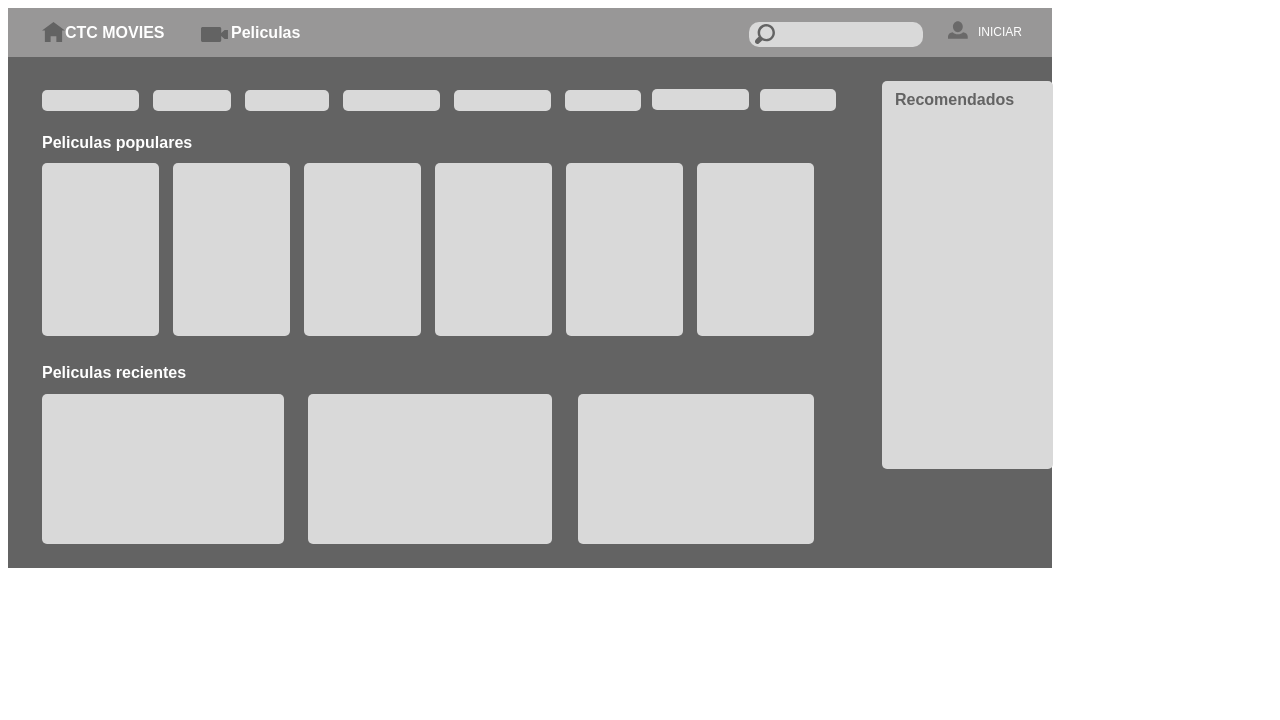
Repository: eschala/Innovadores-Adl_Sep2023
Page: Content/Index_.html
The author's editor kept a copy of each file at every save. The page is drawn from the files as they stood at one save, then again after a run of saves.
The browser window is 1280 px wide. The pictures show the whole page.

Above is the page before, as saved 2023-12-02 00:00:47.
Console error: SyntaxError: Unexpected token ')'

### Content/Index_.html
<!DOCTYPE html>
<html lang="en">
<head>
    <meta charset="UTF-8">
    <meta name="viewport" content="width=device-width, initial-scale=1.0">
    <title>Document</title>
    <link rel="stylesheet" href="style.css">
</head>
<body>

    <div class="component-1">
        <div class="rectangle-1"></div>
        <div class="mask-group">
          <div class="rectangle-2"></div>
        </div>
        <div class="rectangle-4"></div>
        <svg
          class="icon-magnifying-glass"
          width="20"
          height="20"
          viewBox="0 0 20 20"
          fill="none"
          xmlns="http://www.w3.org/2000/svg"
        >
          <path
            d="M11.3285 0.0247757C16.1102 0.0247757 20 3.91456 20 8.69627C20 13.478 16.1102 17.3678 11.3285 17.3678C9.86674 17.3678 8.42975 17.0209 7.21574 16.352C7.11849 16.469 7.01068 16.5768 6.89365 16.674L4.41608 19.1516C4.18731 19.409 3.90834 19.617 3.59629 19.7627C3.28425 19.9084 2.94572 19.9888 2.60148 19.9989C2.25724 20.009 1.91457 19.9487 1.59449 19.8216C1.27441 19.6945 0.983692 19.5033 0.740175 19.2598C0.496656 19.0163 0.305481 18.7256 0.178387 18.4055C0.0512905 18.0854 -0.00904083 17.7428 0.00109291 17.3985C0.0112267 17.0543 0.0916119 16.7157 0.237314 16.4037C0.383018 16.0917 0.590963 15.8127 0.848383 15.5839L3.32595 13.1063C3.44664 12.9856 3.57948 12.8777 3.72236 12.7843C3.05342 11.5703 2.63223 10.158 2.63223 8.67149C2.63223 3.88978 6.52202 0 11.3037 0L11.3285 0.0247757ZM11.3285 2.50235C7.88468 2.50235 5.13458 5.25245 5.13458 8.69627C5.13458 10.3315 5.7292 11.8428 6.76978 12.9577C6.79455 12.9825 6.81933 13.0072 6.8441 13.032C6.96113 13.1293 7.06894 13.2371 7.16619 13.3541C8.25632 14.3451 9.74286 14.915 11.3533 14.915C14.7971 14.915 17.5472 12.1649 17.5472 8.72104C17.5472 5.27722 14.7971 2.52712 11.3533 2.52712L11.3285 2.50235Z"
            fill="#636363"
          />
        </svg>

        <div class="iniciar">INICIAR</div>
        <svg
          class="icon-person"
          width="21"
          height="18"
          viewBox="0 0 21 18"
          fill="none"
          xmlns="http://www.w3.org/2000/svg"
        >
          <path
            opacity="0.3"
            d="M10.1679 0C7.3717 0 5.08393 2.52 5.08393 5.625C5.08393 8.73 7.3717 11.25 10.1679 11.25C12.964 11.25 15.2518 8.73 15.2518 5.625C15.2518 2.52 12.964 0 10.1679 0ZM4.85515 11.25C2.16067 11.3625 0 13.32 0 15.75V18H20.3357V15.75C20.3357 13.32 18.2005 11.3625 15.4806 11.25C14.1079 12.6225 12.2269 13.5 10.1679 13.5C8.10887 13.5 6.22782 12.6225 4.85515 11.25Z"
            fill="black"
          />
        </svg>

        <div class="ctc-movies">CTC MOVIES</div>
        <div class="peliculas">Peliculas</div>
        <svg
          class="icon-home"
          width="23"
          height="20"
          viewBox="0 0 23 20"
          fill="none"
          xmlns="http://www.w3.org/2000/svg"
        >
          <path
            d="M11.5 0L0 8.57143H2.875V20H8.625V14.2857H14.375V20H20.125V8.48571L23 8.57143L11.5 0Z"
            fill="#636363"
          />
        </svg>

        <svg
          class="icon-video"
          width="27"
          height="15"
          viewBox="0 0 27 15"
          fill="none"
          xmlns="http://www.w3.org/2000/svg"
        >
          <path
            d="M1.6875 0C0.7425 0 0 0.69 0 1.5V13.5C0 14.34 0.77625 15 1.6875 15H18.5625C19.5075 15 20.25 14.34 20.25 13.5V9L23.625 12H27V3H23.625L20.25 6V1.5C20.25 0.66 19.5075 0 18.5625 0H1.6875Z"
            fill="#636363"
          />
        </svg>

        <div class="rectangle-5"></div>
        <div class="rectangle-16"></div>
        <div class="rectangle-17"></div>
        <div class="rectangle-18"></div>
        <div class="rectangle-19"></div>
        <div class="rectangle-20"></div>
        <div class="rectangle-21"></div>
        <div class="rectangle-22"></div>
        <div class="rectangle-23"></div>
        <div class="rectangle-13"></div>
        <div class="rectangle-14"></div>
        <div class="rectangle-15"></div>
        <div class="rectangle-8"></div>
        <div class="rectangle-10"></div>
        <div class="rectangle-11"></div>
        <div class="rectangle-12"></div>
        <div class="rectangle-9"></div>
        <div class="rectangle-7"></div>
        <div class="peliculas-populares">Peliculas populares</div>
        <div class="peliculas-recientes">Peliculas recientes</div>
        <div class="recomendados">Recomendados</div>
      </div>


    <script src="script_p.js"></script>
</body>
</html>

### Content/style.css
.component-1,
.component-1 * {
  box-sizing: border-box;
}
.component-1 {
  width: 1045px;
  height: 560px;
  position: relative;
}
.rectangle-1 {
  background: #636363;
  position: absolute;
  right: 0.1%;
  left: 0%;
  width: 99.9%;
  bottom: 0%;
  top: 4.29%;
  height: 95.71%;
}
.mask-group {
  position: absolute;
  inset: 0;
}
.rectangle-2 {
  background: #989797;
  position: absolute;
  right: 0.1%;
  left: 0%;
  width: 99.9%;
  bottom: 91.25%;
  top: 0%;
  height: 8.75%;
}
.rectangle-4 {
  background: #d9d9d9;
  border-radius: 10px;
  position: absolute;
  right: 12.44%;
  left: 70.91%;
  width: 16.65%;
  bottom: 93.04%;
  top: 2.5%;
  height: 4.46%;
}
.icon-magnifying-glass {
  height: auto;
  position: absolute;
  right: 24.69%;
  left: 73.4%;
  width: 1.91%;
  bottom: 93.57%;
  top: 2.86%;
  height: 3.57%;
  transform: translate(-20px, 0px);
  overflow: visible;
}
.iniciar {
  color: #ffffff;
  text-align: left;
  font: 400 12px "Inter-Regular", sans-serif;
  position: absolute;
  right: 2.3%;
  left: 92.82%;
  width: 4.88%;
  bottom: 94.46%;
  top: 3.04%;
  height: 2.5%;
}
.icon-person {
  height: auto;
  position: absolute;
  right: 8.1%;
  left: 89.95%;
  width: 1.95%;
  bottom: 94.46%;
  top: 2.32%;
  height: 3.21%;
  overflow: visible;
}
.ctc-movies {
  color: #ffffff;
  text-align: left;
  font: 700 16px "Inter-Bold", sans-serif;
  position: absolute;
  right: 83.83%;
  left: 5.45%;
  width: 10.72%;
  bottom: 92.68%;
  top: 2.86%;
  height: 4.46%;
}
.peliculas {
  color: #ffffff;
  text-align: left;
  font: 700 16px "Inter-Bold", sans-serif;
  position: absolute;
  right: 71.29%;
  left: 21.34%;
  width: 7.37%;
  bottom: 93.21%;
  top: 2.86%;
  height: 3.93%;
}
.icon-home {
  height: auto;
  position: absolute;
  right: 94.55%;
  left: 3.25%;
  width: 2.2%;
  bottom: 93.93%;
  top: 2.5%;
  height: 3.57%;
  overflow: visible;
}
.icon-video {
  height: auto;
  position: absolute;
  right: 78.95%;
  left: 18.47%;
  width: 2.58%;
  bottom: 93.93%;
  top: 3.39%;
  height: 2.68%;
  overflow: visible;
}
.rectangle-5 {
  background: #d9d9d9;
  border-radius: 5px;
  position: absolute;
  right: 85.55%;
  left: 3.25%;
  width: 11.2%;
  bottom: 41.43%;
  top: 27.68%;
  height: 30.89%;
}
.rectangle-16 {
  background: #d9d9d9;
  border-radius: 5px;
  position: absolute;
  right: 87.46%;
  left: 3.25%;
  width: 9.28%;
  bottom: 81.61%;
  top: 14.64%;
  height: 3.75%;
}
.rectangle-17 {
  background: #d9d9d9;
  border-radius: 5px;
  position: absolute;
  right: 78.66%;
  left: 13.88%;
  width: 7.46%;
  bottom: 81.61%;
  top: 14.64%;
  height: 3.75%;
}
.rectangle-18 {
  background: #d9d9d9;
  border-radius: 5px;
  position: absolute;
  right: 69.28%;
  left: 22.68%;
  width: 8.04%;
  bottom: 81.61%;
  top: 14.64%;
  height: 3.75%;
}
.rectangle-19 {
  background: #d9d9d9;
  border-radius: 5px;
  position: absolute;
  right: 58.66%;
  left: 32.06%;
  width: 9.28%;
  bottom: 81.61%;
  top: 14.64%;
  height: 3.75%;
}
.rectangle-20 {
  background: #d9d9d9;
  border-radius: 5px;
  position: absolute;
  right: 48.04%;
  left: 42.68%;
  width: 9.28%;
  bottom: 81.61%;
  top: 14.64%;
  height: 3.75%;
}
.rectangle-21 {
  background: #d9d9d9;
  border-radius: 5px;
  position: absolute;
  right: 39.43%;
  left: 53.3%;
  width: 7.27%;
  bottom: 81.61%;
  top: 14.64%;
  height: 3.75%;
}
.rectangle-22 {
  background: #d9d9d9;
  border-radius: 5px;
  position: absolute;
  right: 29.09%;
  left: 61.63%;
  width: 9.28%;
  bottom: 81.79%;
  top: 14.46%;
  height: 3.75%;
}
.rectangle-23 {
  background: #d9d9d9;
  border-radius: 5px;
  position: absolute;
  right: 20.77%;
  left: 71.96%;
  width: 7.27%;
  bottom: 81.61%;
  top: 14.46%;
  height: 3.93%;
}
.rectangle-13 {
  background: #d9d9d9;
  border-radius: 5px;
  position: absolute;
  right: 73.59%;
  left: 3.25%;
  width: 23.16%;
  bottom: 4.29%;
  top: 68.93%;
  height: 26.79%;
}
.rectangle-14 {
  background: #d9d9d9;
  border-radius: 5px;
  position: absolute;
  right: 47.94%;
  left: 28.71%;
  width: 23.35%;
  bottom: 4.29%;
  top: 68.93%;
  height: 26.79%;
}
.rectangle-15 {
  background: #d9d9d9;
  border-radius: 5px;
  position: absolute;
  right: 22.87%;
  left: 54.55%;
  width: 22.58%;
  bottom: 4.29%;
  top: 68.93%;
  height: 26.79%;
}
.rectangle-8 {
  background: #d9d9d9;
  border-radius: 5px;
  position: absolute;
  right: 60.48%;
  left: 28.33%;
  width: 11.2%;
  bottom: 41.43%;
  top: 27.68%;
  height: 30.89%;
}
.rectangle-10 {
  background: #d9d9d9;
  border-radius: 5px;
  position: absolute;
  right: 47.94%;
  left: 40.86%;
  width: 11.2%;
  bottom: 41.43%;
  top: 27.68%;
  height: 30.89%;
}
.rectangle-11 {
  background: #d9d9d9;
  border-radius: 5px;
  position: absolute;
  right: 35.41%;
  left: 53.4%;
  width: 11.2%;
  bottom: 41.43%;
  top: 27.68%;
  height: 30.89%;
}
.rectangle-12 {
  background: #d9d9d9;
  border-radius: 5px;
  position: absolute;
  right: 22.87%;
  left: 65.93%;
  width: 11.2%;
  bottom: 41.43%;
  top: 27.68%;
  height: 30.89%;
}
.rectangle-9 {
  background: #d9d9d9;
  border-radius: 5px;
  position: absolute;
  right: 73.01%;
  left: 15.79%;
  width: 11.2%;
  bottom: 41.43%;
  top: 27.68%;
  height: 30.89%;
}
.rectangle-7 {
  background: #d9d9d9;
  border-radius: 5px;
  position: absolute;
  right: 0%;
  left: 83.64%;
  width: 16.36%;
  bottom: 17.68%;
  top: 13.04%;
  height: 69.29%;
}
.peliculas-populares {
  color: #ffffff;
  text-align: left;
  font: 700 16px "Inter-Bold", sans-serif;
  position: absolute;
  right: 81.53%;
  left: 3.25%;
  width: 15.22%;
  bottom: 74.11%;
  top: 22.5%;
  height: 3.39%;
}
.peliculas-recientes {
  color: #ffffff;
  text-align: left;
  font: 700 16px "Inter-Bold", sans-serif;
  position: absolute;
  right: 81.53%;
  left: 3.25%;
  width: 15.22%;
  bottom: 33.04%;
  top: 63.57%;
  height: 3.39%;
}
.recomendados {
  color: #636363;
  text-align: left;
  font: 700 16px "Inter-Bold", sans-serif;
  position: absolute;
  right: 2.3%;
  left: 84.88%;
  width: 12.82%;
  bottom: 81.79%;
  top: 14.82%;
  height: 3.39%;
}

### Content/script_p.js
const main_ =document.querySelector(".main");
const tittle_Main_ =document.querySelector(".tittle_Main");
const parrafo_ =document.querySelector(".parrafo");


const searchTerm = document.querySelector('#ingresarPelicula').value;
const apiKey = '711ffca8';
const apiUrl = `http://www.omdbapi.com/?apikey=${apiKey}&s=${searchTerm}`;
const apiUrl2 = `http://www.omdbapi.com/?apikey=[711ffca8]&`;

fetch(apiUrl2)
.then(res=>res.json())
.then(response=>)

After the next 3 saves:
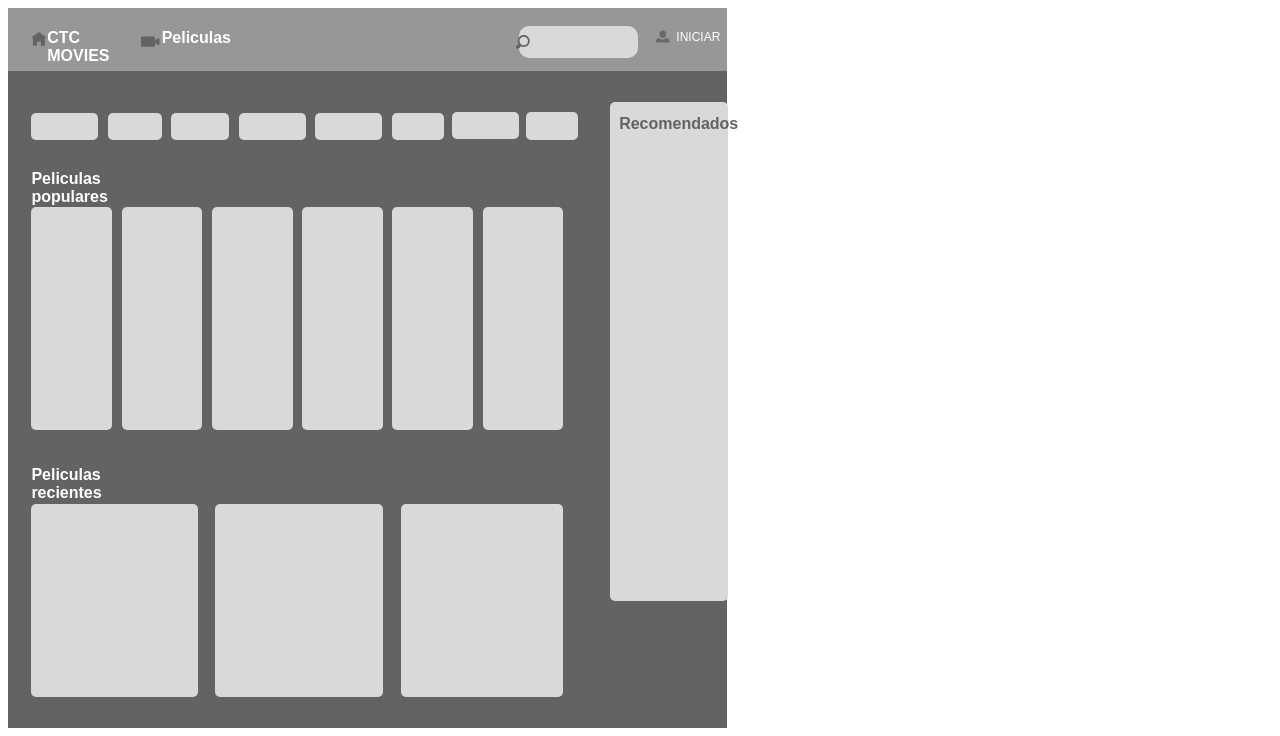
The 3 saves are shown as one change because they came seconds apart.
The last was saved 13 s later.
--- a/Content/style.css
+++ b/Content/style.css
@@ -3,8 +3,8 @@
   box-sizing: border-box;
 }
 .component-1 {
-  width: 1045px;
-  height: 560px;
+  width: 100vh;
+  height: 100vh;
   position: relative;
 }
 .rectangle-1 {
